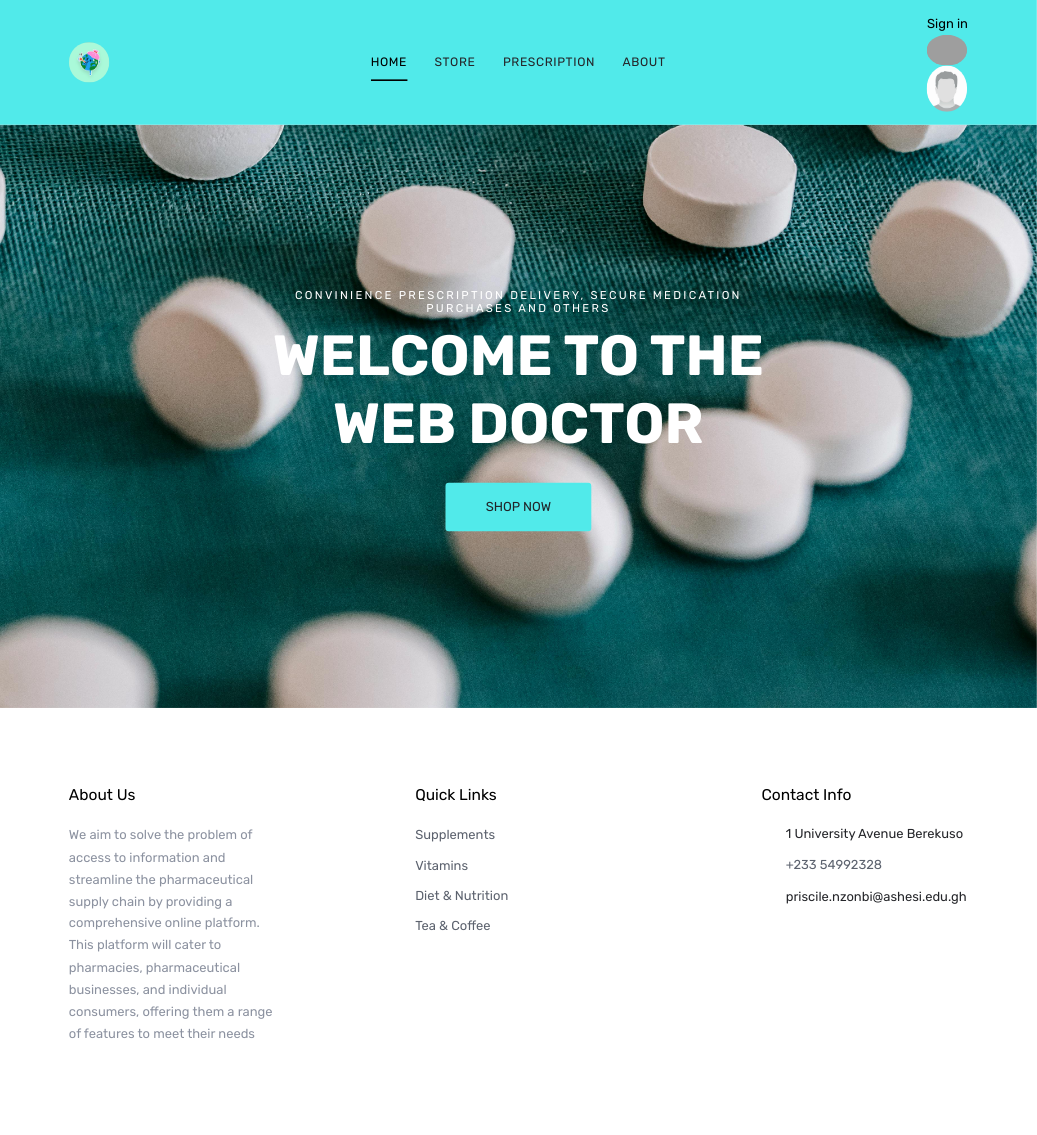
Repository: Argivist/Web-Doctor
Page: http://localhost/view/home.php
The author's editor kept a copy of each file at every save. The page is drawn from the files as they stood at one save, then again after the next save.
The browser window is 1280 px wide. The pictures show the whole page, at 81% of full size.
Pictures or frames that could not be fetched are drawn as grey boxes. Some web fonts or font styles are not loaded; a fallback is used. The page is run by PHP 8.4 with error messages shown; the project is at /var/www/html/.

Above is the page before, as saved 2024-03-09 18:02:27.

### view/home.php
<?php
include "../settings/connection.php";
session_start();
?>
<!DOCTYPE html>
<html lang="en">

<head>
  <meta charset="UTF-8">
  <meta name="viewport" content="width=device-width, initial-scale=1.0">
  <title>Home</title>
  <link rel="icon" href="../img/logo/logo.png" />

  <link href="https://fonts.googleapis.com/css?family=Rubik:400,700|Crimson+Text:400,400i" rel="stylesheet">
  <link rel="stylesheet" href="fonts/icomoon/style.css">
  <link rel="stylesheet" href="../css/bootstrap.min.css">
  <link rel="stylesheet" href="../css/magnific-popup.css">
  <link rel="stylesheet" href="../css/jquery-ui.css">
  <link rel="stylesheet" href="../css/owl.carousel.min.css">
  <link rel="stylesheet" href="../css/owl.theme.default.min.css">
  <link rel="stylesheet" href="../css/style.css">
  <link rel="stylesheet" href="../css/aos.css">
</head>

<body>
  <div class="site-wrap">

    <!--Navigation Bar-->
    <div class="site-navbar bg-primary py-2">
      <div class="container">
        <div class="d-flex align-items-center justify-content-between">
          <div class="logo">
            <div class="site-logo">
              <a href="home.php" class="js-logo-clone"><img src="../img/logo/logo.png" style="width:50px; border-radius:50px;" alt="logo" /></a>
            </div>
          </div>
          <div class="main-nav d-lg-block">
            <nav class="site-navigation text-right text-md-center" role="navigation">
              <ul class="site-menu js-clone-nav d-lg-block">
                <li class="active"><a href="home.php">Home</a></li>
                <li><a href="shop.php">Store</a></li>
                <li class=""><a href="prescription.php">Prescription</a></li>

                <li><a href="aboutus.php">About</a></li>

              </ul>
            </nav>
          </div>
          <div class=" py-2">
          <?php
          if (isset($_SESSION['id'])) {
            echo "<div class='logout'><a href='../actions/logout.php'>Logout</a></div>";
          } else {
            echo "<div class='login'><a href='../login/login.php'>Sign in</a></div>";
          } ?>
          <!-- cart -->
          <?php
              if (isset($_SESSION['id'])) {
                echo "<a href='cart.php'>Cart</a>";
              } else {
                echo "<a href='../login/login.php'><img src='../img/cart.png' alt='Image' class='rounded-circle' style='width:50px; border-radius:50px;'></a>";
              }
            ?>

          <div class="profile">
            <!-- profile -->
            <a href="
                        <?php
                        if (isset($_SESSION['id'])) {
                          echo "profile.php";
                        } else {
                          echo "../login/login.php";
                        }
                        ?>
                        "><img src="
                        <?php
                        if (isset($_SESSION['id'])) {
                          echo "../img/profile.jpg";
                        } else {
                          echo "../img/default_profile.jpg";
                        }
                        ?>
                        " alt="Image" class="rounded-circle" style="width:50px; border-radius:50px;"></a>
          </div></div>
        </div>
      </div>
    </div>

    <!--Main Content-->
    <!--Image By: Photo by Alex Green: https://www.pexels.com/photo/pile-of-white-spilled-pills-5699514/-->
    <div class="site-blocks-cover" style="background-image: url('../img/background/pharmacy_1.jpg');">
      <div class="container">
        <div class="row">
          <div class="col-lg-7 mx-auto order-lg-2 align-self-center">
            <div class="site-block-cover-content text-center">
              <h2 class="sub-title">Convinience Prescription Delivery, Secure Medication Purchases and others</h2>
              <h1>Welcome To The Web Doctor</h1>
              <p>
                <a href="
                        <?php
                        if (isset($_SESSION['id'])) {
                          echo "shop.php";
                        } else {
                          echo "../login/login.php";
                        }
                        ?>" class="btn btn-primary px-5 py-3">Shop Now</a>
              </p>
            </div>
          </div>
        </div>
      </div>
    </div>
    <footer class="site-footer">
      <div class="container">
        <div class="row">
          <div class="col-md-6 col-lg-3 mb-4 mb-lg-0">

            <div class="block-7">
              <h3 class="footer-heading mb-4">About Us</h3>
              <p>We aim to solve the problem of access to information and streamline the pharmaceutical supply chain by providing a
                comprehensive online platform. This platform will cater to pharmacies, pharmaceutical businesses, and individual consumers,
                offering them a range of features to meet their needs</p>
            </div>

          </div>
          <div class="col-lg-3 mx-auto mb-5 mb-lg-0">
            <h3 class="footer-heading mb-4">Quick Links</h3>
            <ul class="list-unstyled">
              <li><a href="#">Supplements</a></li>
              <li><a href="#">Vitamins</a></li>
              <li><a href="#">Diet &amp; Nutrition</a></li>
              <li><a href="#">Tea &amp; Coffee</a></li>
            </ul>
          </div>

          <div class="col-md-6 col-lg-3">
            <div class="block-5 mb-5">
              <h3 class="footer-heading mb-4">Contact Info</h3>
              <ul class="list-unstyled">
                <li class="address">1 University Avenue Berekuso</li>
                <li class="phone"><a href="tel://23923929210">+233 54992328</a></li>
                <li class="email">priscile.nzonbi@ashesi.edu.gh</li>
              </ul>
            </div>


          </div>
        </div>

      </div>
    </footer>
</body>

</html>

### settings/connection.php

<?php
// $server="localhost";
// $user="root";
// $passwd="cs341webtech";
// $db="web_doctors";

// $conn=mysqli_connect($server,$user,$passwd,$db) or die("Connection failed :: ".$conn->error);
?>

<?php
$server="localhost:3307";
$user="root";
$passwd="root";
$db="web_doctors";

$conn=mysqli_connect($server,$user,$passwd,$db) or die("Connection failed :: ".$conn->error);
?>

Loaded but not shown: css/bootstrap.min.css (library); css/magnific-popup.css (library); css/jquery-ui.css (library); css/owl.carousel.min.css (common file); css/owl.theme.default.min.css (common file); css/aos.css (library); css/style.css (1125 lines, source omitted)

After the next save:
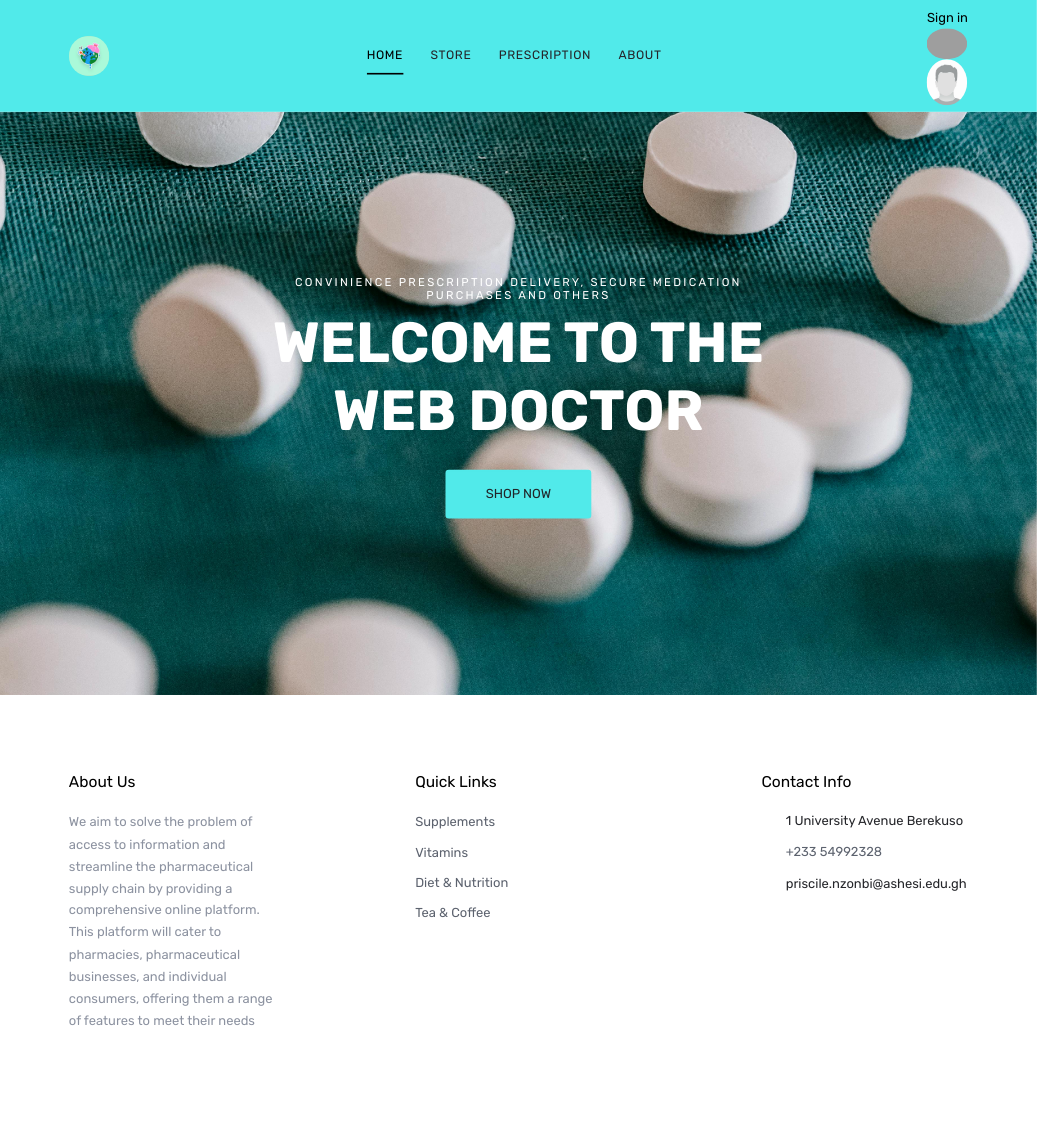
Saved 31 s later.
--- a/view/home.php
+++ b/view/home.php
@@ -46,8 +46,8 @@ session_start();
               </ul>
             </nav>
           </div>
-          <div class=" py-2">
-          <?php
+          <div style="margin-left: 10px;">
+                      <?php
           if (isset($_SESSION['id'])) {
             echo "<div class='logout'><a href='../actions/logout.php'>Logout</a></div>";
           } else {
